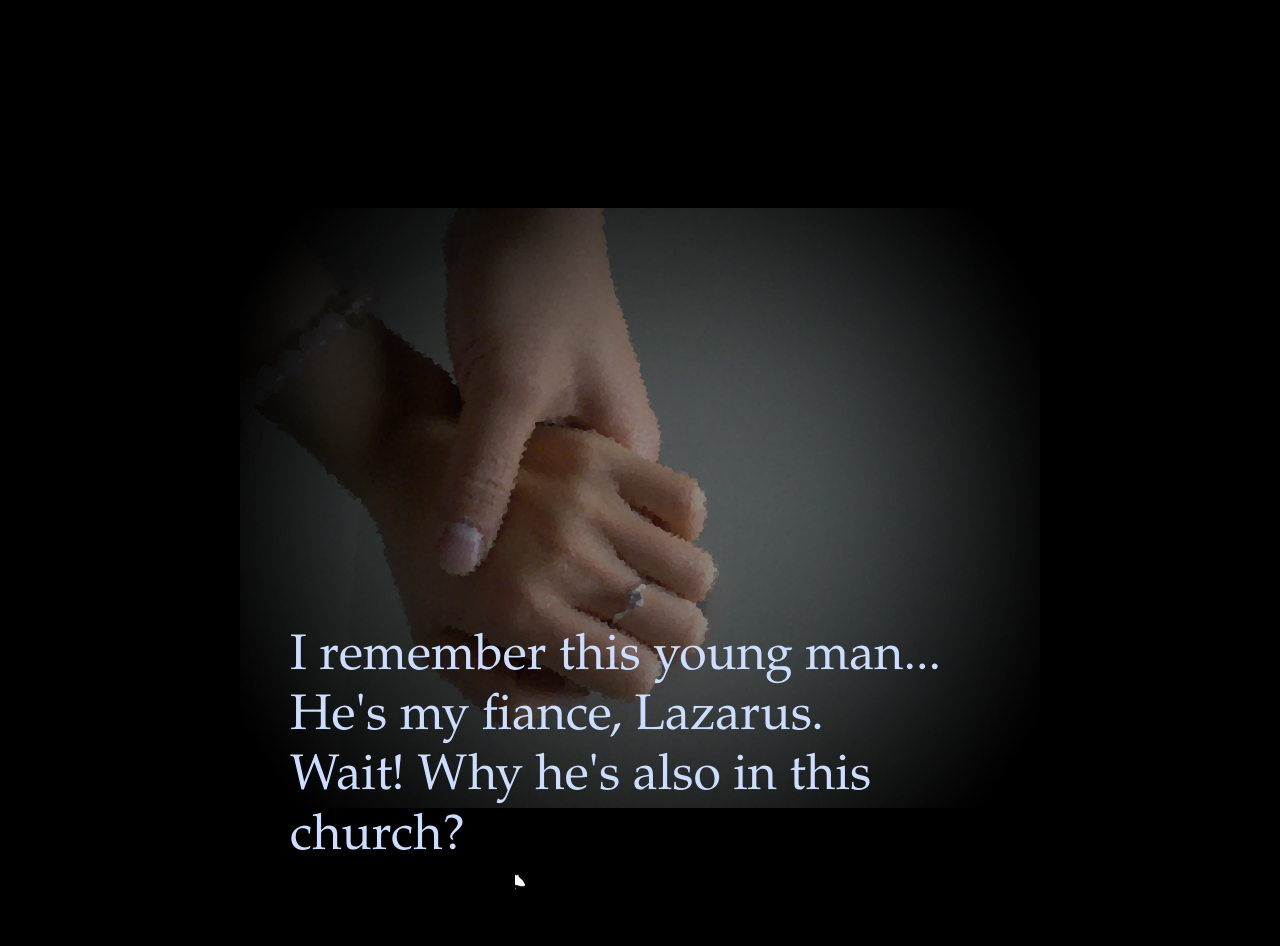
Repository: yiy225/yiy225.github.io
Page: final/ymm1.html
The author's editor kept a record of every edit. The page is drawn from the files as they stood at one moment, then again after the next edit.
The browser window is 1280 px wide. The pictures show the whole page.
The pointer rests on the first visible `.mouse`.

Above is the page before.

After the next edit:
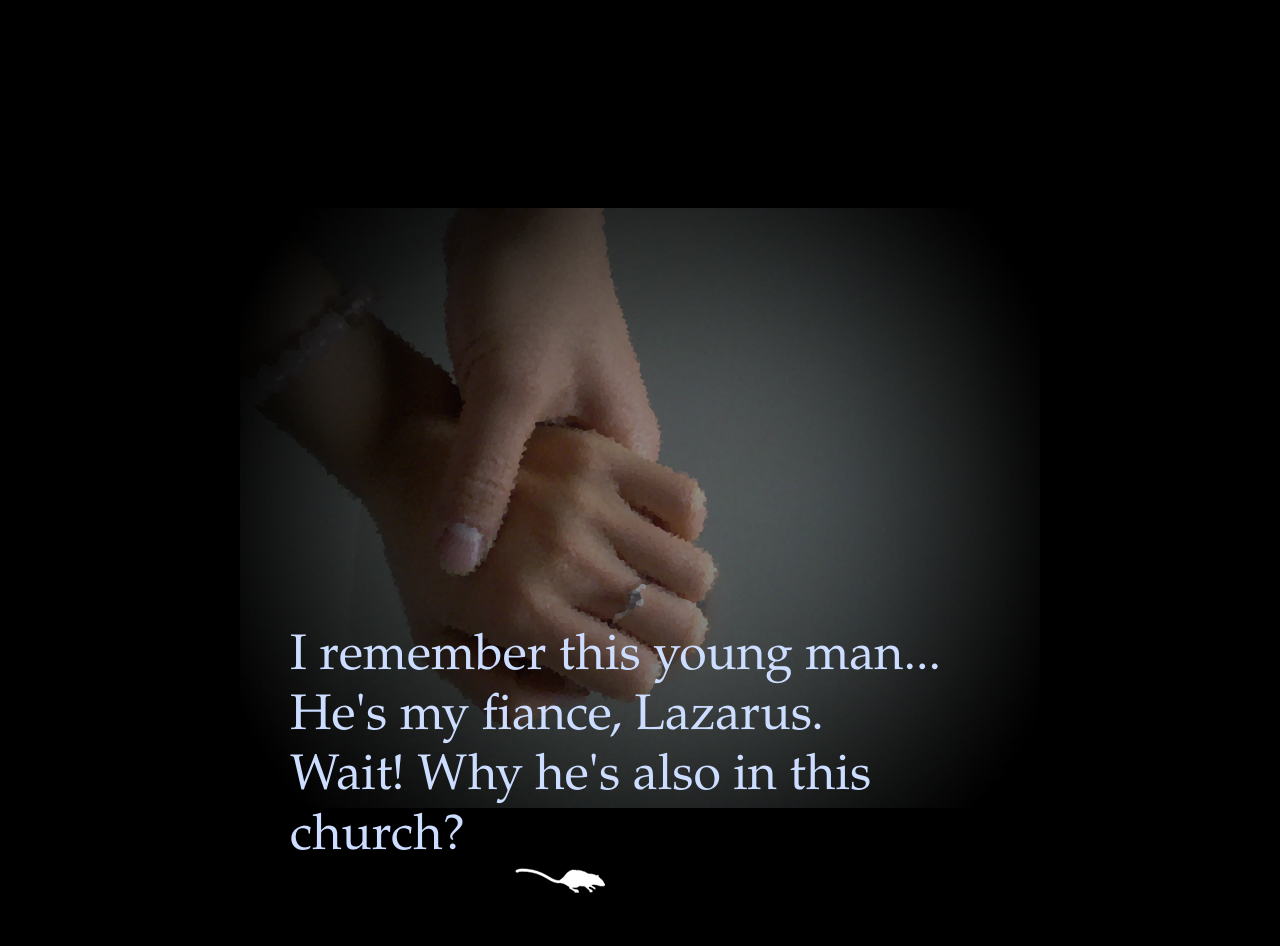
The edit:
--- a/final/styles ymm1.css
+++ b/final/styles ymm1.css
@@ -52,7 +52,7 @@
 
 
 .mouse:hover {
-background-position: -80px 0;
+background-position: 0px 0;
 }
 
 
